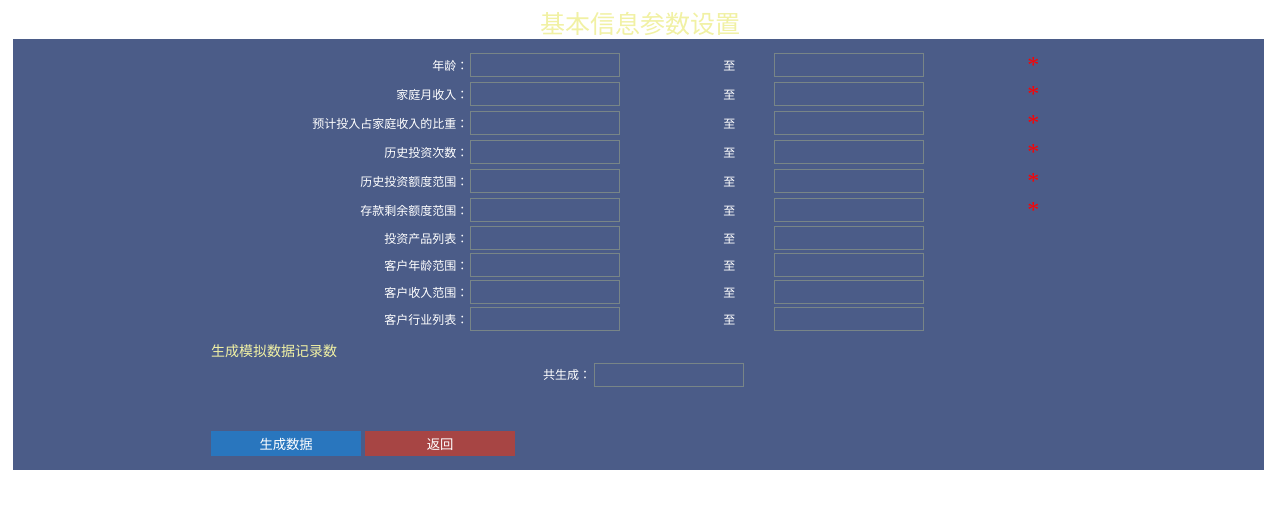
Repository: trieyouth/BigData
Page: http://localhost/BigData/WEB-INF/views/invesr-client-perference-analyse-system/data-collect/generateDataDetail.jsp
These files come from the project's save history. The page is drawn as it stood at one moment and after the next save; the edit follows.
The browser window is 1280 px wide. The pictures show the whole page.
The page is served by Tomcat 9. Nobody is signed in. Other server files are loaded and not shown. The template is opened directly, without the code that normally fills it, so the values that code supplies are empty.

Above is the page before, as saved 2016-03-13 16:15:33.

### BigData/WebRoot/WEB-INF/views/invesr-client-perference-analyse-system/data-collect/generateDataDetail.jsp
<%@page language="java" import="java.util.*" pageEncoding="UTF-8"%>
<%@taglib prefix="c" uri="http://java.sun.com/jsp/jstl/core"%>

<!DOCTYPE HTML PUBLIC "-//W3C//DTD HTML 4.01 Transitional//EN">
<html>
  <head>
    <title>生成数据</title>
	<meta http-equiv="pragma" content="no-cache">
	<meta http-equiv="cache-control" content="no-cache">
	<meta http-equiv="expires" content="0">
	<meta http-equiv="keywords" content="keyword1,keyword2,keyword3">
	<meta http-equiv="description" content="This is my page">
	<link rel="stylesheet" type="text/css" href='<c:url value="/css/mycss.css"/>'>
  </head>

   <body>
   <div style="height:4px; width:100%;"></div>
 <form name="frm" method="post" action="/icpas/index/dataCollect/generateDataAgain">
   <div style="height:35px; width:70%; text-align: center;"><label id="labelhead" style="font-size: 25px;">基本信息参数设置</label></div>
  <div id="lightcolor">
    <table frame="void" width="70%" height="25">
      <tr>
        <td width="30%" height="25" style="text-align:right"><label id="labelbody"> 年龄： </label></td>
        <td width="25%" height="25"><label id="labelbody">
            <input type="text" id="inputwidth" name="minAge" value=${r[minAge] }></label></td>
        <td width="10%" height="25" style="text-align:center"><label id="labelbody"> 至 </label></td>
        <td width="25%" height="25"><label id="labelbody">
            <input type="text" id="inputwidth" name="maxAge"> </label></td>
        <td width="10%" height="25" style="text-align:center"><label id="labelbody1">*</label></td>
      </tr>
      <tr>
        <td width="30%" height="25" style="text-align:right"><label id="labelbody"> 家庭月收入： </label></td>
        <td width="25%" height="25"><label id="labelbody">
            <input type="text" id="inputwidth" name="minMonthlyIncome">  </label></td>
        <td width="10%" height="25" style="text-align:center"><label id="labelbody"> 至 </label></td>
        <td width="25%" height="25"><label id="labelbody">
            <input type="text" id="inputwidth" placeholder="" name="maxMonthlyIncome"> </label></td>
        <td width="10%" height="25" style="text-align:center"><label id="labelbody1">*</label></td>
      </tr>
      <tr>
        <td width="30%" height="25" style="text-align:right"><label id="labelbody"> 预计投入占家庭收入的比重： </label></td>
        <td width="25%" height="25"><label id="labelbody">
            <input type="text" id="inputwidth" placeholder="" name="minProportionOfIncome"> </label></td>
        <td width="10%" height="25" style="text-align:center"><label id="labelbody"> 至 </label></td>
        <td width="25%" height="25"><label id="labelbody">
            <input type="text" id="inputwidth" placeholder="" name="maxProportionOfIncome"> </label></td>
        <td width="10%" height="25" style="text-align:center"><label id="labelbody1">*</label></td>
      </tr>
       <tr>
        <td width="30%" height="25" style="text-align:right"><label id="labelbody"> 历史投资次数： </label></td>
        <td width="25%" height="25"><label id="labelbody">
            <input type="text" id="inputwidth" name="minHistoricalInvestment"></label></td>
        <td width="10%" height="25" style="text-align:center"><label id="labelbody"> 至 </label></td>
        <td width="25%" height="25"><label id="labelbody">
            <input type="text" id="inputwidth" name="maxHistoricalInvestment"> </label></td>
        <td width="10%" height="25" style="text-align:center"><label id="labelbody1">*</label></td>
      </tr>
       <tr>
        <td width="30%" height="25" style="text-align:right"><label id="labelbody"> 历史投资额度范围： </label></td>
        <td width="25%" height="25"><label id="labelbody">
            <input type="text" id="inputwidth" name="minHistoricalInvestmentScope"></label></td>
        <td width="10%" height="25" style="text-align:center"><label id="labelbody"> 至 </label></td>
        <td width="25%" height="25"><label id="labelbody">
            <input type="text" id="inputwidth" name="maxHistoricalInvestmentScope"> </label></td>
        <td width="10%" height="25" style="text-align:center"><label id="labelbody1">*</label></td>
      </tr>
       <tr>
        <td width="30%" height="25" style="text-align:right"><label id="labelbody"> 存款剩余额度范围： </label></td>
        <td width="25%" height="25"><label id="labelbody">
            <input type="text" id="inputwidth" name="minResidualScopeOfDeposit"></label></td>
        <td width="10%" height="25" style="text-align:center"><label id="labelbody"> 至 </label></td>
        <td width="25%" height="25"><label id="labelbody">
            <input type="text" id="inputwidth" name="maxResidualScopeOfDeposit"> </label></td>
        <td width="10%" height="25" style="text-align:center"><label id="labelbody1">*</label></td>
      </tr>
       <tr>
        <td width="30%" height="25" style="text-align:right"><label id="labelbody"> 投资产品列表： </label></td>
        <td width="25%" height="25"><label id="labelbody">
            <input type="text" id="inputwidth" name="minListOfInvestmentProducts"></label></td>
        <td width="10%" height="25" style="text-align:center"><label id="labelbody"> 至 </label></td>
        <td width="25%" height="25"><label id="labelbody">
            <input type="text" id="inputwidth" name="maxListOfInvestmentProducts"> </label></td>
        <td width="10%" height="25" style="text-align:center"><label id="labelbody"></label></td>
      </tr>
       <tr>
        <td width="30%" height="25" style="text-align:right"><label id="labelbody"> 客户年龄范围： </label></td>
        <td width="25%" height="25"><label id="labelbody">
            <input type="text" id="inputwidth" name="minCustomerAgeRange"></label></td>
        <td width="10%" height="25" style="text-align:center"><label id="labelbody"> 至 </label></td>
        <td width="25%" height="25"><label id="labelbody">
            <input type="text" id="inputwidth" name="maxCustomerAgeRange"> </label></td>
        <td width="10%" height="25" style="text-align:center"><label id="labelbody"></label></td>
      </tr>
       <tr>
        <td width="30%" height="25" style="text-align:right"><label id="labelbody"> 客户收入范围： </label></td>
        <td width="25%" height="25"><label id="labelbody">
            <input type="text" id="inputwidth" name="minCustomerIncomeRange"></label></td>
        <td width="10%" height="25" style="text-align:center"><label id="labelbody"> 至 </label></td>
        <td width="25%" height="25"><label id="labelbody">
            <input type="text" id="inputwidth" name="maxCustomerIncomeRange"> </label></td>
        <td width="10%" height="25" style="text-align:center"><label id="labelbody"> </label></td>
      </tr>
       <tr>
        <td width="30%" height="25" style="text-align:right"><label id="labelbody"> 客户行业列表： </label></td>
        <td width="25%" height="25"><label id="labelbody">
            <input type="text" id="inputwidth" name="minListOfCustomersIndustry"></label></td>
        <td width="10%" height="25" style="text-align:center"><label id="labelbody"> 至 </label></td>
        <td width="25%" height="25"><label id="labelbody">
            <input type="text" id="inputwidth" name="maxListOfCustomersIndustry"> </label></td>
        <td width="10%" height="25" style="text-align:center"><label id="labelbody"> </label></td>
      </tr>
      <tr>
      <td colspan="5" style="height:5px"></td>
      </tr>
      <tr>
      <td colspan="5" style="height:20px"> <label id="labelhead">生成模拟数据记录数</label></td>
      </tr>
      <tr>
        <td style="width:60%;height:25px;text-align:center;" colspan="5"><label id="labelbody"><label id="labelbody"> 共生成： </label>
            <input type="text" id="inputwidth" name="gerenalRecord"></label></td>
        </tr>
      <tr>
      <td colspan="5" style="height:5px"></td>
      </tr>
       <tr>
      <td colspan="5" style="height:30px">${OperateStatus}</td>
      </tr>
      <tr>
      <td colspan="5" style="height:30px">
      <button id="button1style" type="submit" onclick="ClickGenerateData()">生成数据</button>
    <!--点击此按钮后台获得参数-->
    <button type="submit" id="button2style"  onclick="ClickBack()">返回</button>
      </td>
      </tr>
    </table>
  </div>
</form>
<script src='<c:url value="/js/system1formchick.js"/>'></script>
  </body>
  <script language="javascript" type="text/javascript">
  function ClickGenerateData(){
        document.frm.action="<c:url value="/icpas/index/dataCollect/generateDataDetail"/>";
        document.frm.submit();
   }
   function ClickBack(){
        document.frm.action="<c:url value="/icpas/index/dataCollect/collectingRecord"/>";
        document.frm.submit();
   }
  </script>
</html>

### BigData/WebRoot/WEB-INF/resources/css/mycss.css
@charset "utf-8";
/* CSS Document */
*{
	padding:0px;
	margin:0px auto;
	border:0px;
}
#continaer{
	margin: 0px auto;
	width:80%;
	height:750px;
	//min-height:700px;
	background-color:rgb(18,24,48);
	padding:5px;
	border:0;
	}
#header{
	height:20%;
	width:100%;
	margin:0 auto;
	padding:0;
	border:0;
	background-color:rgb(76,93,137);}
    hr{ margin-top:0;
	margin-bottom:0;}

#bod{
	height:80%;
	width:100%;
	margin-top:0%;
	padding:0;
	background-color:rgb(76,93,137);
	}
#leftbody{
	margin:0;
	padding:0;
	border:0;
	width:20%;
	height:100%;
	background-color:rgb(18,24,48);
	float:left;
	}
#rightbody{
	margin:0;
	padding:0;
	border:0;
	width:80%;
	height:100%;
	background-color:rgb(49,69,120);
	float:left;}
#navhead{
	width:100%;
	height:50px;
	border:0;
	margin:0;
	padding:0;
	background:rgb(49,69,120);}

#hrc{
	margin-top:0;}
.nav ul {
	width:100%;
	height: 50px;
	padding: 0;
	margin-top:0;
}
.nav ul li {
	float: left;
	list-style: none;
}
.nav ul li a {
	width: 145px;
	height: 41px;
	line-height: 41px;
	background: rgb(49,69,120);
	color: #000;
	font-size: 14px;
	display: block;
	text-align: center;
	text-decoration: none;
	font-size: 16px;
	font-family:Microsoft YaHei;
	color:#FFF;
}
.nav ul li a:hover {
	width: 145px;
	height: 41px;
	line-height: 41px;
	border: 1px solid rgb(49,69,120);
	color: #000;
}

.meau ul {
	width: 100%;
	padding: 0;
	margin-top: 0;
}
.meau ul li {
	list-style: none;
}
.meau ul li a {
	width: 100%;
	height: 41px;
	line-height: 41px;
	background: rgb(28,40,82);
	color: #000;
	font-size: 14px;
	display: block;
	text-align: center;
	text-decoration: none;
	font-size: 16px;
	font-family: Microsoft YaHei;
	color: #FFF;
}
.meau ul li a:hover {
	width: 100%;
	height: 41px;
	line-height: 41px;
	border: 1px solid rgb(49,69,120);
	color: #FFF;
	background-color: rgb(18,24,48);
}
#lightcolor {
	width: 97%;
	margin-left:1%;
	background-color: #4B5C88;
	padding-top: 10px;
	padding-bottom: 10px;
	padding-left: 10px;
	border: 0;
}

#lighttable {
	width: 96%;

	padding-left:10px;
	margin-left:1%;
	background-color: #4B5C88;
	border:0;
}


#buttoncon{
	width: 97%;
	margin-left:1%;
	padding:0;
	border:0;
}
#labelhead {
	color: #F1F1A4;
	font-size: 14px;
	font-family: Microsoft YaHei;
}
#labelbody {
	color: #FFF;
	font-size: 12px;
	font-family: Microsoft YaHei;
}
/* the style of * */
#labelbody1 {

	font-size: 24px;
	color:red;
}
/*the style of input【text】 */
#inputwidth {
	width: 150px;
	height: 24px;
	background: Transparent;
	border: 1px solid #788587;
}
.cell{
	border-right:#7785A8 solid 1px;
	}

/* the style of Button */
#button1style{
	width:150px ;
	height:25px;
	background:#2976BE;
	border:0;
	color:#FFF;
	font-family: Microsoft YaHei;
}
/* the style of Button */
#button2style{
    width: 150px;
	height: 25px;
	background: #A74544;
	border: 0;
	color: #FFF;
	font-family: Microsoft YaHei;
}
/* the style of Button */
#button3style{
    width:150px ;
    height:25px;
    background:#4F8553;
    border:0;
    color:#FFF;
    font-family: Microsoft YaHei;
}
.submitfile{
	width:150px;
	height:25px;
	background-color:#4F8553;
	color:#FFF;
	margin-left:3px;}
.choicefile{
	width:150px;
	height:25px;
	background-color:#2976BE;
	color:#FFF;
	margin-right:3px;
	}
.filepath{
	width:310px;
	border:1px solid #OFC;
	height:25px;
	line-height:25px;
	overflow:hidden;
	color:#000;}

Loaded but not shown: BigData/WebRoot/WEB-INF/resources/js/system1formchick.js (common file)

After the next save:
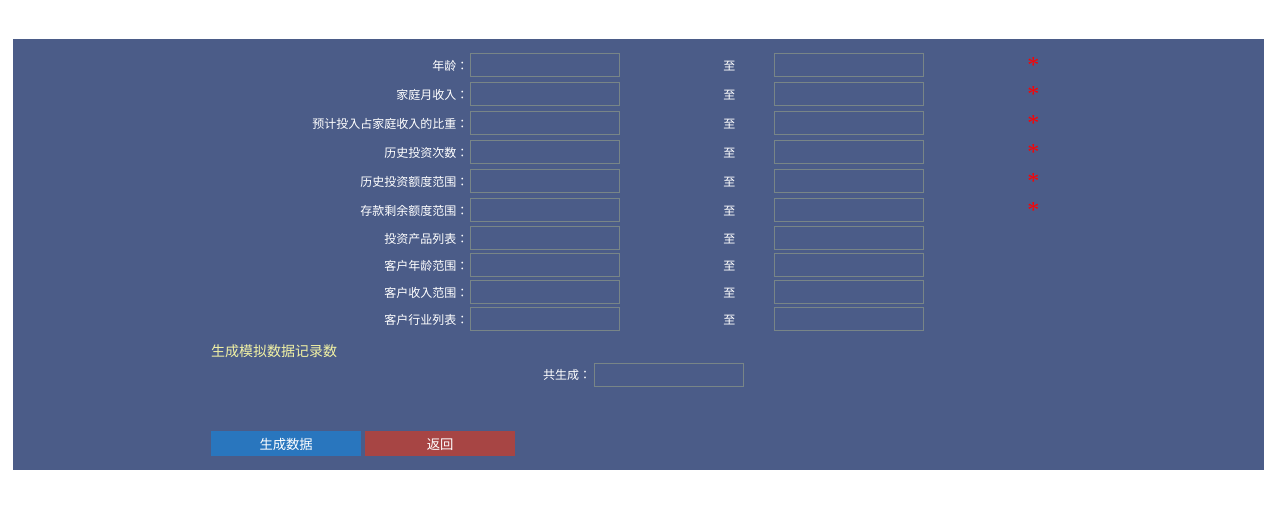
Saved 32 s later.
--- a/BigData/WebRoot/WEB-INF/views/invesr-client-perference-analyse-system/data-collect/generateDataDetail.jsp
+++ b/BigData/WebRoot/WEB-INF/views/invesr-client-perference-analyse-system/data-collect/generateDataDetail.jsp
@@ -16,7 +16,7 @@
    <body>
    <div style="height:4px; width:100%;"></div>
  <form name="frm" method="post" action="/icpas/index/dataCollect/generateDataAgain">
-   <div style="height:35px; width:70%; text-align: center;"><label id="labelhead" style="font-size: 25px;">基本信息参数设置</label></div>
+   <div style="height:35px; width:70%; text-align: center;"><label id="labelbody" style="font-size: 25px;">基本信息参数设置</label></div>
   <div id="lightcolor">
     <table frame="void" width="70%" height="25">
       <tr>
